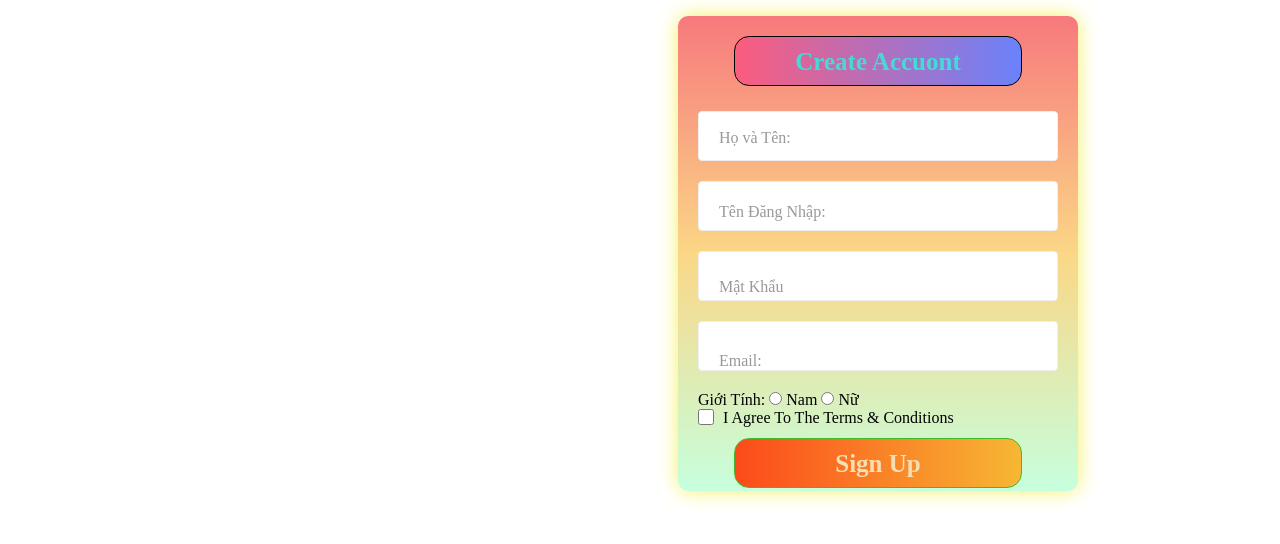
Repository: tung1233hhhhhhhhhhhhh/shoppingcart
Page: page/signup.html
An editor plug-in stored every save of this project. The page is shown before and after the next save, followed by the edit.
The browser window is 1280 px wide. The pictures show the whole page.

Above is the page before, as saved 2023-07-21 00:23:30.

After the next save:
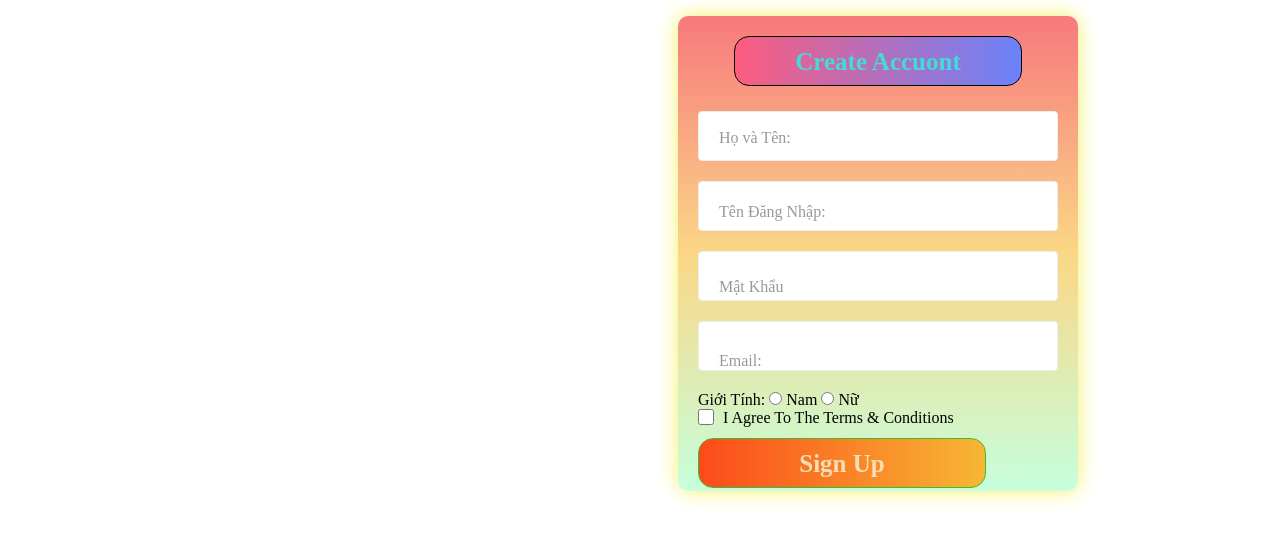
Saved 45 s later.
--- a/page/signup.html
+++ b/page/signup.html
@@ -33,7 +33,7 @@
         </div>
         <input type="checkbox" name="" class="checkbox">
         <span>I Agree To The Terms & Conditions</span>
-        <div class="Login">Sign Up</div>
+        <button class="Login" name="" value="">Sign Up</button>
 
     </div>
 
